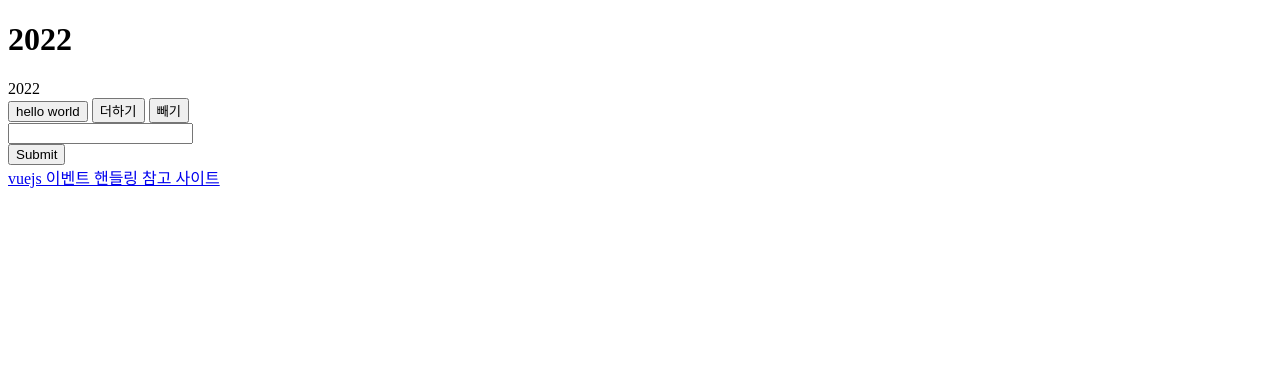
Repository: RyuGeunHwan/code_J
Page: Vuejs/22-08-09 vuejs 이벤트.html
An editor plug-in stored every save of this project. The page is shown before and after the next save, followed by the edit.
The browser window is 1280 px wide. The pictures show the whole page.

Above is the page before, as saved 2022-08-09 16:27:31.

### Vuejs/22-08-09 vuejs 이벤트.html
<!DOCTYPE html>
<html lang="en">
<head>
    <meta charset="UTF-8">
    <meta http-equiv="X-UA-Compatible" content="IE=edge">
    <meta name="viewport" content="width=device-width, initial-scale=1.0">
    <title>vuejs 이벤트</title>
    <!-- vue CDN -->
    <script src="https://cdn.jsdelivr.net/npm/vue/dist/vue.js"></script>
    <script src="https://cdn.jsdelivr.net/npm/vue@2.6.0"></script>
    <script type="module">
        import Vue from 'https://cdn.jsdelivr.net/npm/vue@2.6.12/dist/vue.esm.browser.js'
      </script>
</head>
<body>

    <!-- 이벤트 실행하기 위해서는 v-on: 을 사용한다. v-on: => @ 으로 대체 가능-->

    <div id="app">
        <h1>{{year}}</h1>
        {{year}} <br>
        <!-- alert이라는 함수 호출 -->
        <button v-on:click="alert()">hello world</button>

        <!-- plus이라는 함수 호출 -->
        <button v-on:click="plus()">더하기</button>

        <!-- minus이라는 함수 호출 -->
        <button v-on:click="minus()">빼기</button><br>

        <!-- from태그는 default: reload를 한다. -->
        <!-- .prevent  =>  이벤트 수식어로써 제출 이벤트가 페이지를 리로드하지 않습니다. -->
        <form v-on:submit.prevent="submit">
            <input :type="type"><br>
            <button type="submit">Submit</button>
        </form>

        <!-- vuejs함수 확인, a태그를 link+file을 합쳐줬다. -->
        <a :href="vuejs('events.html')">vuejs 이벤트 핸들링 참고 사이트</a>

    </div>
    <script>
        new Vue({
            el: '#app',
            data: {
                year: 2022,
                type:'text',
                link: 'https://kr.vuejs.org/v2/guide/'
            },
            methods: {
                vuejs(file){
                    return this.link+file;
                },
                alert(){
                    alert('hello world!');
                },
                plus(){
                    this.year++;
                },
                minus(){
                    this.year--;
                },
                submit(){
                    alert('submited')
                    console.log('hello world');
                }
            }
        })
    </script>
</body>
</html>

After the next save:
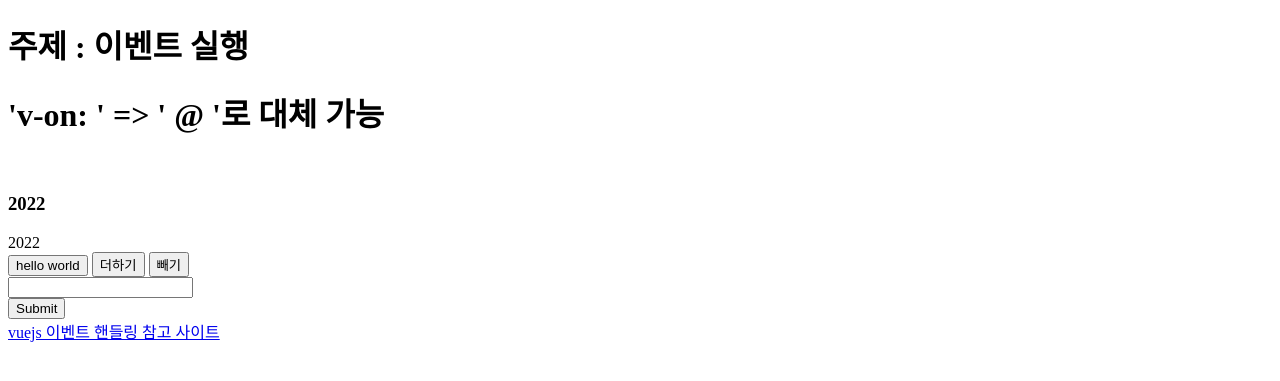
Saved 1 s later.
--- a/Vuejs/22-08-09 vuejs 이벤트.html
+++ b/Vuejs/22-08-09 vuejs 이벤트.html
@@ -17,7 +17,9 @@
     <!-- 이벤트 실행하기 위해서는 v-on: 을 사용한다. v-on: => @ 으로 대체 가능-->
 
     <div id="app">
-        <h1>{{year}}</h1>
+        <h1>주제 : 이벤트 실행</h1>
+        <h1>'{{topic}} ' => ' @ '로 대체 가능</h1><br>
+        <h3>{{year}}</h3>
         {{year}} <br>
         <!-- alert이라는 함수 호출 -->
         <button v-on:click="alert()">hello world</button>
@@ -43,6 +45,7 @@
         new Vue({
             el: '#app',
             data: {
+                topic: 'v-on:',
                 year: 2022,
                 type:'text',
                 link: 'https://kr.vuejs.org/v2/guide/'
